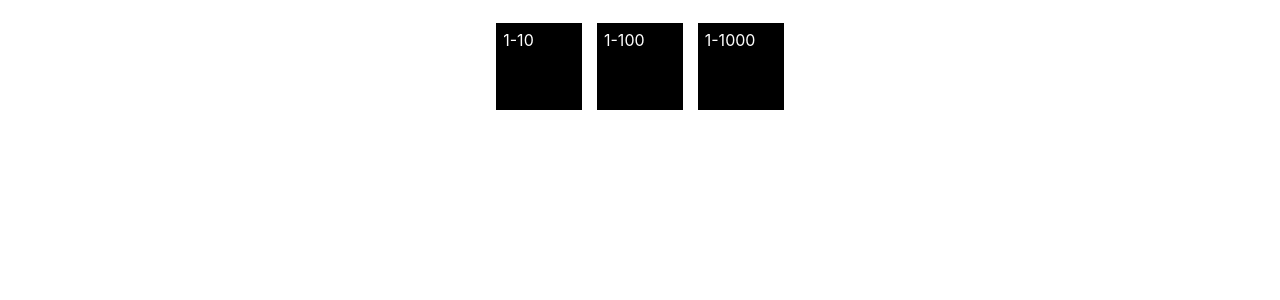
Repository: michalgornicki/number-generator
Page: /
These files come from the project's save history. The page is drawn as it stood at one moment and after the next save; the edit follows.
The browser window is 1280 px wide. The pictures show the whole page.
The project was rebuilt for these pictures with package versions that can differ from the ones it lists, and the page was loaded fresh each time.

Above is the page before, as saved 2021-12-03 13:40:03.

After the next save:
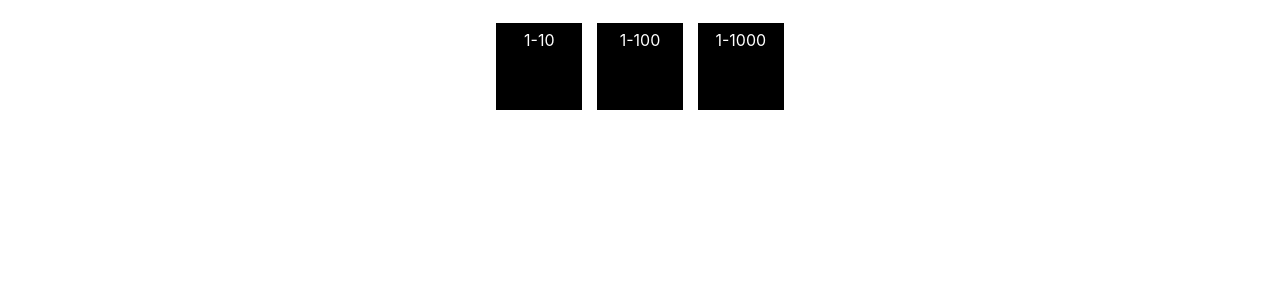
Saved 4 s later.
--- a/src/App.css
+++ b/src/App.css
@@ -11,7 +11,7 @@
 
 .button{
     display: flex;
-    justify-content: ;
+    justify-content: center;
     width: 10vmin;
     height: 10vmin;
     background-color: black;

After the 2 saves that followed:
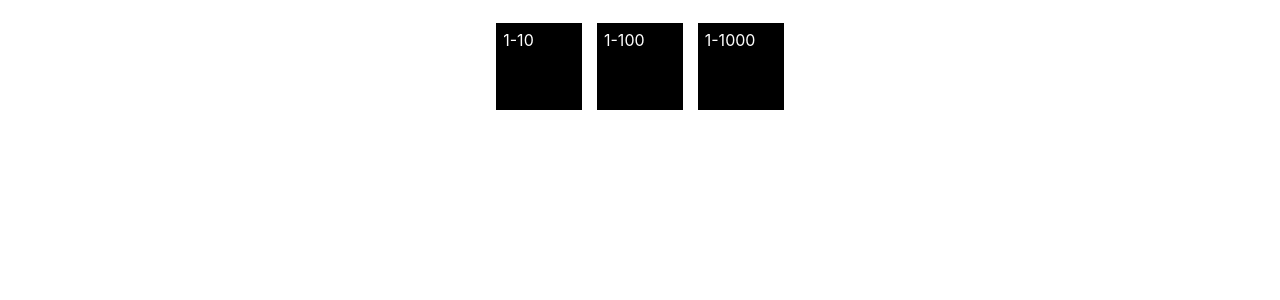
The 2 saves are shown as one change because they came seconds apart.
The last was saved 12 s later.
--- a/src/App.css
+++ b/src/App.css
@@ -11,7 +11,7 @@
 
 .button{
     display: flex;
-    justify-content: center;
+    vertical-align: middle;
     width: 10vmin;
     height: 10vmin;
     background-color: black;
